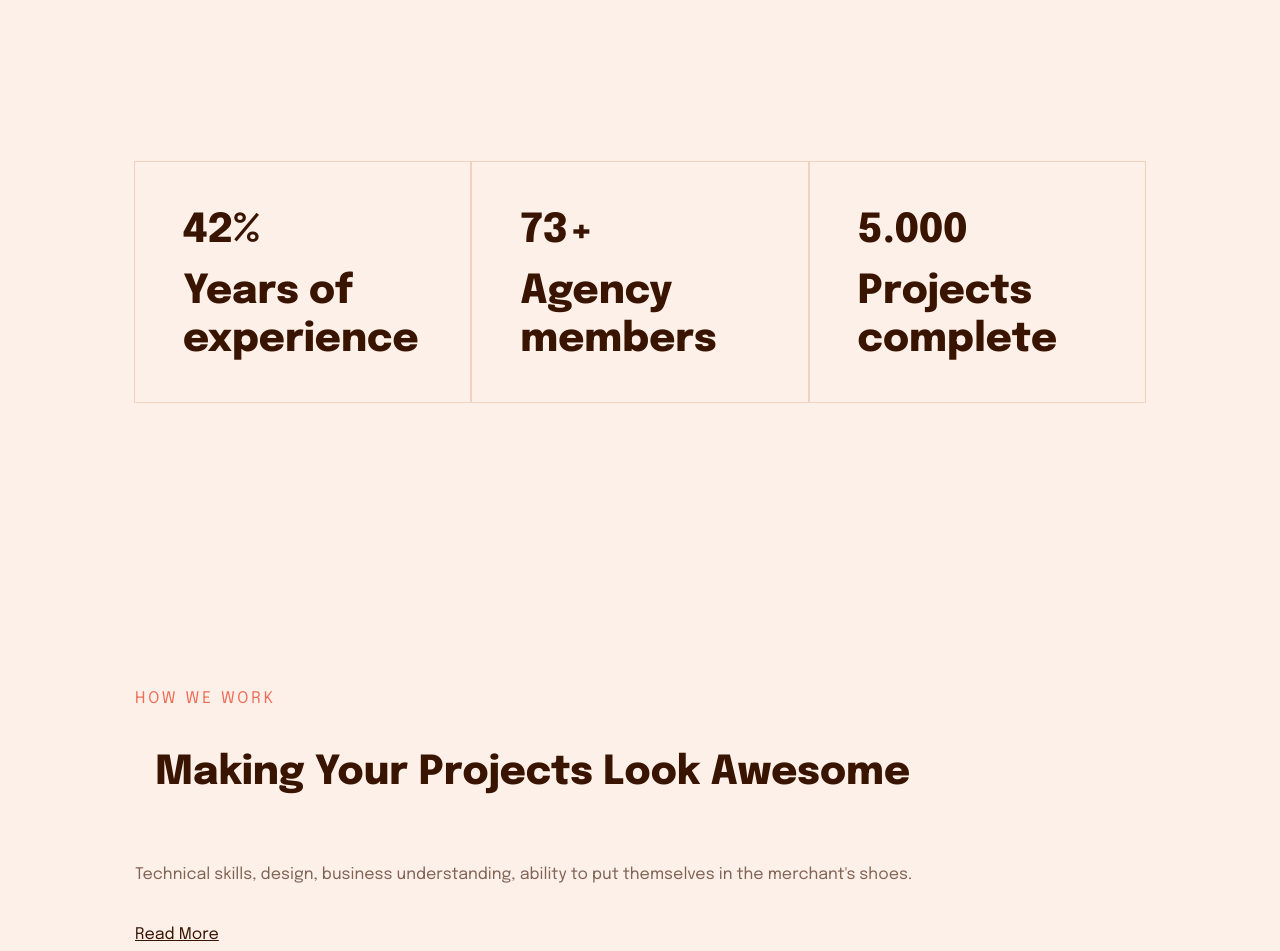
Repository: MehdiKerimov/Figma-task-7
Page: index.html
These files come from the project's save history. The page is drawn as it stood at one moment and after the next save; the edit follows.
The browser window is 1280 px wide. The pictures show the whole page.

Above is the page before, as saved 2023-08-30 12:07:32.

### index.html
<!DOCTYPE html>
<html lang="en">

<head>
    <meta charset="UTF-8">
    <meta name="viewport" content="width=device-width, initial-scale=1.0">
    <title>Document</title>
    <link rel="stylesheet" href="index.css">
</head>

<body>
    <div class="container">
        <div class="container-1">
            <ul>

                    <li>
                        <h1>42%</h1>
                        <p>Years of experience</p>
                    </li>


                    <li>
                        <h1>73+</h1>
                        <P>Agency members</P>
                    </li>


                    <li>
                        <h1>5.000</h1>
                        <p>Projects complete</p>
                    </li>

            </ul>
        </div>
        <div class="container-2">
            <h1>How we work</h1>
            <h2>Making Your Projects Look Awesome</h2>
            <p>Technical skills, design, business understanding, ability to put themselves in the merchant's shoes.</p>
            <a href="">Read More</a>
        </div>
    </div>


</body>

</html>

### index.css
@import url("https://fonts.googleapis.com/css2?family=Epilogue:wght@400;800&display=swap");
* {
  padding: 0;
  margin: 0;
  box-sizing: border-box;
}
.container {
    background: #FDF0E9;
}
.container-1 {
  /* display: flex; */
  padding: 161px 134px 140px 134px;
}

.container-1 .box-1 {
  width: 391px;
  height: 176px;
  border-radius: 6px 0px 0px 6px;
}
.container-1 ul {
 display: flex;
}
.container-1 ul li{
    list-style-type: none;
    width: 33.33%;
    border: 1px solid #f3d1bf;
    padding: 45px 0 38px 48px;
}
.container-1 ul li h1{
    color: var(--text-dark, #391400);
    font-feature-settings: "clig" off, "liga" off;
    font-family: Epilogue;
    font-size: 40px;
    font-style: normal;
    font-weight: 800;
    line-height: 48px;
}
.container-1 ul li p{
    margin-top: 13px;
    color: var(--text-dark, #391400);
    font-feature-settings: "clig" off, "liga" off;
    font-family: Epilogue;
    font-size: 40px;
    font-style: normal;
    font-weight: 800;
    line-height: 48px;
}
.container-1 .box-1 li h1 {
  padding: 45px 0px 13px 48px;

}
.container-1 .box-1 li p {
  margin-left: 48px;

}
.container-1 .box-2 {
  width: 391px;
  height: 176px;
  border-radius: 6px 0px 0px 6px;
  border: 1px solid #f3d1bf;
}
.container-1 .box-2 li h1 {
  padding: 45px 0px 13px 48px;
  color: var(--text-dark, #391400);
  font-feature-settings: "clig" off, "liga" off;
  font-family: Epilogue;
  font-size: 40px;
  font-style: normal;
  font-weight: 800;
  line-height: 48px;
}
.container-1 .box-2 li p {
  margin-left: 48px;
  color: var(--text-dark, #391400);
  font-feature-settings: "clig" off, "liga" off;
  font-family: Epilogue;
  font-size: 20px;
  font-style: normal;
  font-weight: 400;
  line-height: 32px;
}
.container-1 .box-3 {
  width: 391px;
  height: 176px;
  border-radius: 6px 0px 0px 6px;
  border: 1px solid #f3d1bf;
}
.container-1 .box-3 li h1 {
  padding: 45px 0px 13px 48px;
  color: var(--text-dark, #391400);
  font-feature-settings: "clig" off, "liga" off;
  font-family: Epilogue;
  font-size: 40px;
  font-style: normal;
  font-weight: 800;
  line-height: 48px;
}
.container-1 .box-3 li p {
  margin-left: 48px;
  color: var(--text-dark, #391400);
  font-feature-settings: "clig" off, "liga" off;
  font-family: Epilogue;
  font-size: 20px;
  font-style: normal;
  font-weight: 400;
  line-height: 32px;
}

.container-2 h1 {
  padding: 140px 0px 17px 135px;
  color: var(--text-dark-accent, #ef6d58);
  font-feature-settings: "clig" off, "liga" off;
  font-family: Epilogue;
  font-size: 16px;
  font-style: normal;
  font-weight: 400;
  line-height: 32px;
  letter-spacing: 3px;
  text-transform: uppercase;
}
.container-2 h2 {
  padding: 17px 152px 31px 155px;
  color: var(--text-dark, #391400);
  font-feature-settings: "clig" off, "liga" off;
  font-family: Epilogue;
  font-size: 40px;
  font-style: normal;
  font-weight: 800;
  line-height: 48px;
}
.container-2 p {
  padding: 31px 130px 28px 135px;
  color: var(--text-dark-gray, rgba(57, 20, 0, 0.64));
  font-feature-settings: "clig" off, "liga" off;
  font-family: Epilogue;
  font-size: 16px;
  font-style: normal;
  font-weight: 400;
  line-height: 32px;
}
.container-2 a {
  padding: 28px 0px 0px 135px;
  color: var(--text-dark, #391400);
  font-feature-settings: "clig" off, "liga" off;
  font-family: Epilogue;
  font-size: 16px;
  font-style: normal;
  font-weight: 400;
  line-height: 32px;
}

After the next save:
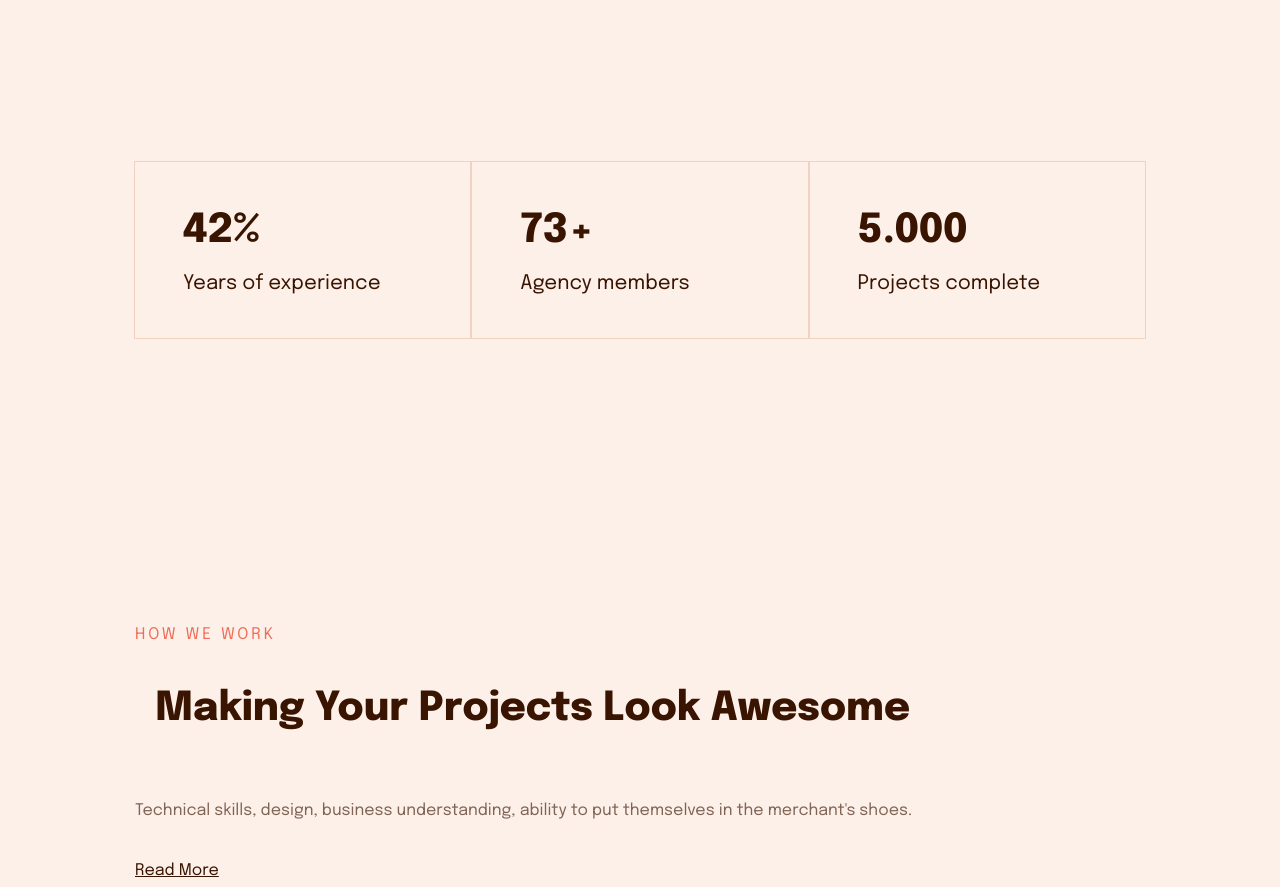
Saved 4 s later.
--- a/index.css
+++ b/index.css
@@ -40,10 +40,10 @@
     color: var(--text-dark, #391400);
     font-feature-settings: "clig" off, "liga" off;
     font-family: Epilogue;
-    font-size: 40px;
+    font-size: 20px;
     font-style: normal;
-    font-weight: 800;
-    line-height: 48px;
+    font-weight: 400;
+    line-height: 32px;
 }
 .container-1 .box-1 li h1 {
   padding: 45px 0px 13px 48px;
